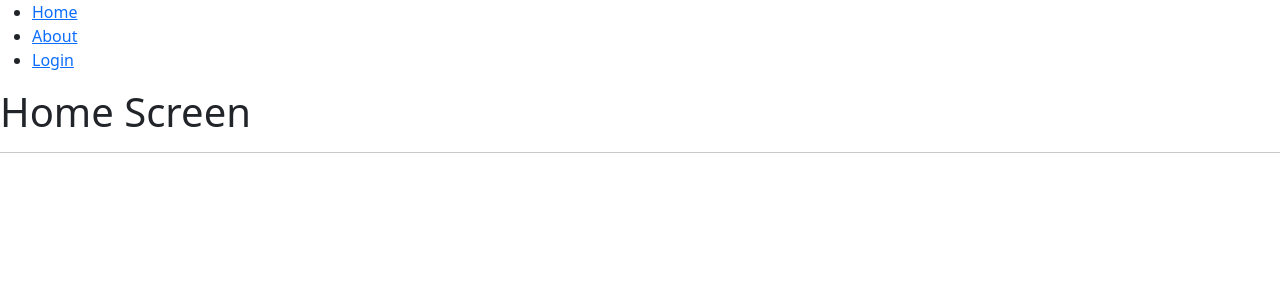
Repository: ppfeliuu/hooks-app
Page: /
An editor plug-in stored every save of this project. The page is shown before and after a run of saves, followed by the edit.
The browser window is 1280 px wide. The pictures show the whole page.
The project was rebuilt for these pictures with package versions that can differ from the ones it lists, and the page was loaded fresh each time. A package was used in the major version that the imports need, not the one package.json lists. Also part of the build but not shown: src/components/09-useContext/AboutScreen.js, src/components/09-useContext/LoginScreen.js.

Above is the page before, as saved 2021-05-30 13:56:47.

### public/index.html
<!DOCTYPE html>
<html lang="en">
  <head>
    <meta charset="utf-8" />
    <link rel="icon" href="%PUBLIC_URL%/favicon.ico" />
    <meta name="viewport" content="width=device-width, initial-scale=1" />
    <meta name="theme-color" content="#000000" />
    <meta
      name="description"
      content="Web site created using create-react-app"
    />
    <link rel="apple-touch-icon" href="%PUBLIC_URL%/logo192.png" />
    <!--
      manifest.json provides metadata used when your web app is installed on a
      user's mobile device or desktop. See https://developers.google.com/web/fundamentals/web-app-manifest/
    -->
    <link rel="manifest" href="%PUBLIC_URL%/manifest.json" />
    <!--
      Notice the use of %PUBLIC_URL% in the tags above.
      It will be replaced with the URL of the `public` folder during the build.
      Only files inside the `public` folder can be referenced from the HTML.

      Unlike "/favicon.ico" or "favicon.ico", "%PUBLIC_URL%/favicon.ico" will
      work correctly both with client-side routing and a non-root public URL.
      Learn how to configure a non-root public URL by running `npm run build`.
    -->
    <link
      href="https://cdn.jsdelivr.net/npm/bootstrap@5.0.1/dist/css/bootstrap.min.css"
      rel="stylesheet"
      integrity="sha384-+0n0xVW2eSR5OomGNYDnhzAbDsOXxcvSN1TPprVMTNDbiYZCxYbOOl7+AMvyTG2x"
      crossorigin="anonymous"
    />
    <title>Hooks App</title>
  </head>
  <body>
    <noscript>You need to enable JavaScript to run this app.</noscript>
    <div id="root"></div>
    <!--
      This HTML file is a template.
      If you open it directly in the browser, you will see an empty page.

      You can add webfonts, meta tags, or analytics to this file.
      The build step will place the bundled scripts into the <body> tag.

      To begin the development, run `npm start` or `yarn start`.
      To create a production bundle, use `npm run build` or `yarn build`.
    -->
  </body>
</html>

### src/index.js
import React from "react";
import ReactDOM from "react-dom";
// import { Padre } from "./components/07-tarea-memo/Padre";
// import { CallBackHook } from "./components/06-memos/CallBackHook";
// import { MemoHook } from "./components/06-memos/MemoHooks";
// import { CounterApp } from "./components/01-useState/CounterApp";
// import { CounterWithCustomHook } from "./components/01-useState/CounterWithCustomHook";
// import { FormWithCustomHook } from "./components/02-useEffect/FormWithCustomHook";
// import { SimpleForm } from "./components/02-useEffect/SimpleForm";
// import { FocusScreen } from "./components/04-useRef/FocusScreen";
// import { RealExampleRef } from "./components/04-useRef/RealExampleRef";
// import { LayoutEffects } from "./components/05-useLayoutEffect/LayoutEffect";
// import { MultipleCustomHooks } from "./components/examples/MultipleCustomHooks";
// import { HookApp } from "./HookApp";
// import { Memorize } from "./components/06-memos/Memorize";
// import { TodoApp } from "./components/08-useReducer/TodoApp";
import { MainApp } from "./components/09-useContext/MainApp";

ReactDOM.render(<MainApp />, document.getElementById("root"));
// import "./components/08-useReducer/intro-reducer";

### src/components/09-useContext/MainApp.js
import React from "react";
import { AppRouter } from "./AppRouter";

export const MainApp = () => {
  return (
    <div>
      <AppRouter />
    </div>
  );
};

### src/components/09-useContext/AppRouter.js
import React from "react";
import {
  BrowserRouter as Router,
  Switch,
  Route,
  Redirect,
} from "react-router-dom";
import { AboutScreen } from "./AboutScreen";
import { LoginScreen } from "./LoginScreen";
import { HomeScreen } from "./HomeScreen";
import { NavBar } from "./NavBar";

export const AppRouter = () => {
  return (
    <Router>
      <div>
        <NavBar />
        <Switch>
          <Route path="/" exact component={HomeScreen} />
          <Route path="/about" component={AboutScreen} />
          <Route path="/login" component={LoginScreen} />
          <Redirect to="/" />
        </Switch>
      </div>
    </Router>
  );
};

### src/components/09-useContext/HomeScreen.js
import React from "react";

export const HomeScreen = () => {
  return (
    <div>
      <h1>Home Screen</h1>
      <hr />
    </div>
  );
};

### src/components/09-useContext/NavBar.js
import React from "react";
import { Link, NavLink } from "react-router-dom";

export const NavBar = () => {
  return (
    <nav>
      <ul>
        <li>
          <Link to="./">Home</Link>
        </li>
        <li>
          <Link to="./about">About</Link>
        </li>
        <li>
          <Link to="./login">Login</Link>
        </li>
      </ul>
    </nav>
  );
};

After the next 3 saves:
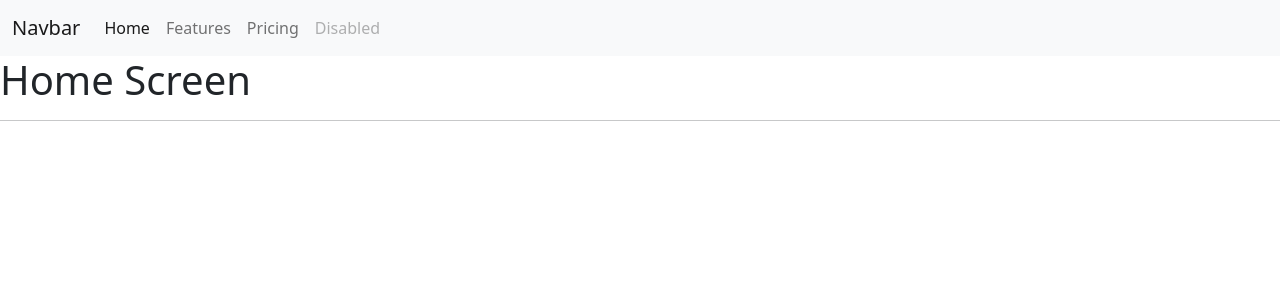
The 3 saves are shown as one change because 2 did not build or start.
The last was saved 108 s later.
--- a/src/components/09-useContext/NavBar.js
+++ b/src/components/09-useContext/NavBar.js
@@ -3,18 +3,42 @@ import { Link, NavLink } from "react-router-dom";
 
 export const NavBar = () => {
   return (
-    <nav>
-      <ul>
-        <li>
-          <Link to="./">Home</Link>
-        </li>
-        <li>
-          <Link to="./about">About</Link>
-        </li>
-        <li>
-          <Link to="./login">Login</Link>
-        </li>
-      </ul>
+    <nav className="navbar navbar-expand-lg navbar-light bg-light">
+      <div className="container-fluid">
+        <a className="navbar-brand" href="#">
+          Navbar
+        </a>
+
+        <div className="collapse navbar-collapse" id="navbarNav">
+          <ul className="navbar-nav">
+            <li className="nav-item">
+              <a className="nav-link active" aria-current="page" href="#">
+                Home
+              </a>
+            </li>
+            <li className="nav-item">
+              <a className="nav-link" href="#">
+                Features
+              </a>
+            </li>
+            <li className="nav-item">
+              <a className="nav-link" href="#">
+                Pricing
+              </a>
+            </li>
+            <li className="nav-item">
+              <a
+                className="nav-link disabled"
+                href="#"
+                tabindex="-1"
+                aria-disabled="true"
+              >
+                Disabled
+              </a>
+            </li>
+          </ul>
+        </div>
+      </div>
     </nav>
   );
 };
